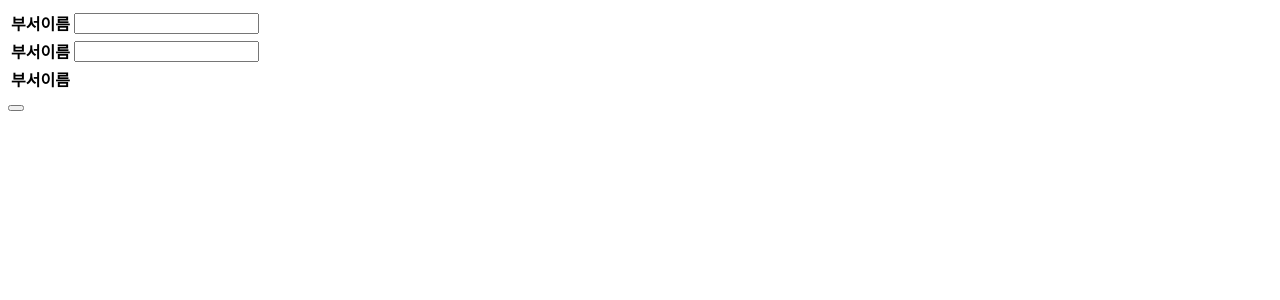
Repository: matodale/Study_SpringBoot
Page: http://localhost/testProject01/dept/deptWrite.jsp
These files come from the project's save history. The page is drawn as it stood at one moment and after the next save; the edit follows.
The browser window is 1280 px wide. The pictures show the whole page.
The page is served by Tomcat 9. Nobody is signed in. The application's start-up code is not run.

Above is the page before, as saved 2023-01-05 04:23:37.

After the next save:
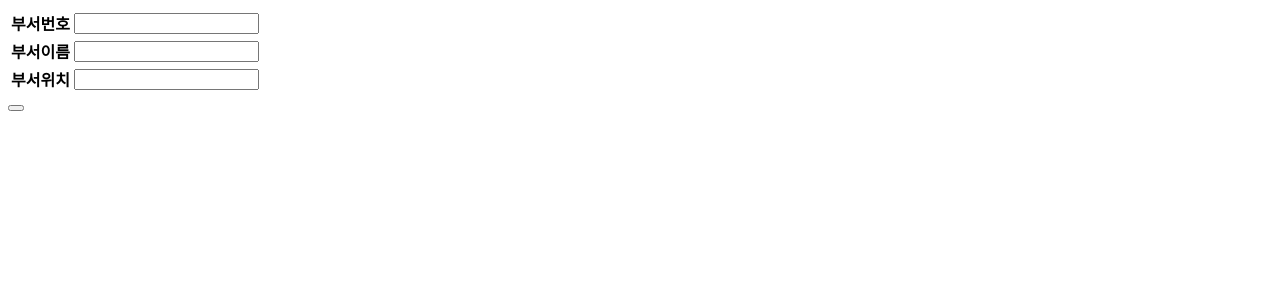
Saved 37 s later.
--- a/testProject01/src/main/webapp/dept/deptWrite.jsp
+++ b/testProject01/src/main/webapp/dept/deptWrite.jsp
@@ -11,7 +11,7 @@
 	<form name="frm" method="post" action="">
 		<table>
 			<tr>
-				<th>부서이름</th>
+				<th>부서번호</th>
 				<td><input type="text" name="deptno"></td>
 			</tr>
 			<tr>
@@ -19,8 +19,8 @@
 				<td><input type="text" name="dname"></td>
 			</tr>
 			<tr>
-				<th>부서이름</th>
-				<td></td>
+				<th>부서위치</th>
+				<td><input type="text" name="Loc"></td>
 			</tr>
 		</table>
 		<button type="submit"></button>
